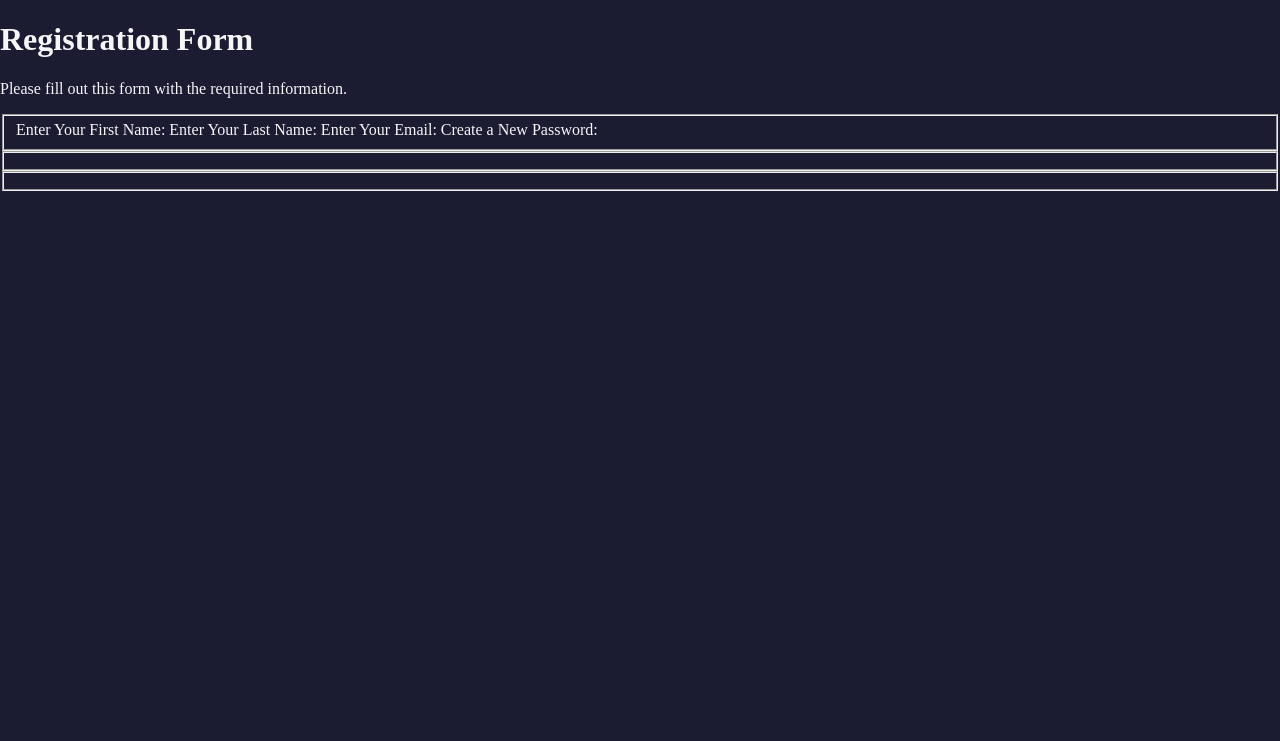
Repository: Lungdjos/registration_form
Page: index.html
These files come from the project's save history. The page is drawn as it stood at one moment and after the next save; the edit follows.
The browser window is 1280 px wide. The pictures show the whole page.

Above is the page before, as saved 2023-09-28 14:29:18.

### index.html
<!DOCTYPE html>
<html lang="en">

<head>
    <meta charset="UTF-8">
    <meta name="viewport" content="width=device-width, initial-scale=1.0">
    <title>Registration Form</title>
    <link rel="stylesheet" href="indexStyles.css">
</head>

<body>
    <h1>Registration Form</h1>
    <p>Please fill out this form with the required information.</p>
    <form action="https://register-demo.freecodecamp.org" method="post">
        <fieldset>
            <label for="">Enter Your First Name:</label>
            <label for="">Enter Your Last Name:</label>
            <label for="">Enter Your Email:</label>
            <label for="">Create a New Password:</label>
        </fieldset>
        <fieldset><label for=""></label></fieldset>
        <fieldset><label for=""></label></fieldset>
    </form>
</body>

</html>

### indexStyles.css
/* CSS for the Registration Form */

body {
    width: 100%;
    height: 100vh;
    /* will need to set the value to */
    margin: auto;
    background-color: #1b1b32;
    color: #f5f6f7;
}

After the next save:
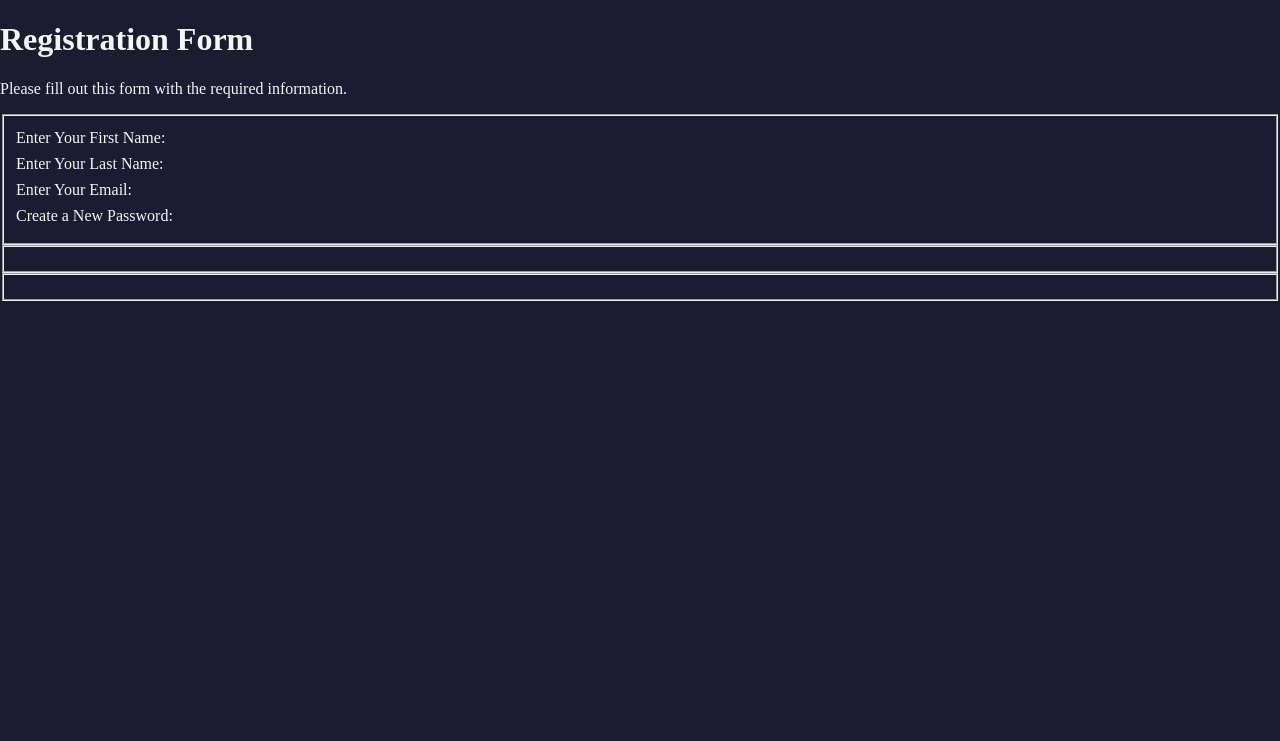
Saved 111 s later.
--- a/indexStyles.css
+++ b/indexStyles.css
@@ -8,3 +8,8 @@ body {
     background-color: #1b1b32;
     color: #f5f6f7;
 }
+
+label {
+    display: block;
+    margin: .5em 0;
+}
